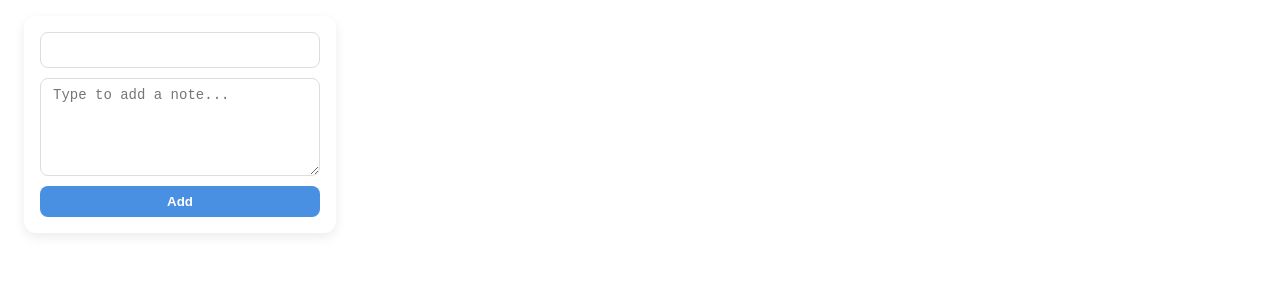
Repository: AJANI2005/Notes-App
Page: /
These files come from the project's save history. The page is drawn as it stood at one moment and after the next save; the edit follows.
The browser window is 1280 px wide. The pictures show the whole page.
The project was rebuilt for these pictures with package versions that can differ from the ones it lists, and the page was loaded fresh each time. Also part of the build but not shown: vite.config.ts.

Above is the page before, as saved 2025-07-31 15:29:56.

### src/index.css
:root {
  font-family: system-ui, Avenir, Helvetica, Arial, sans-serif;
  font-synthesis: none;
  text-rendering: optimizeLegibility;
  -webkit-font-smoothing: antialiased;
  -moz-osx-font-smoothing: grayscale;
}

### src/App.tsx
import './App.css'


const Note = () => {
  return (
    <form className='note'>
        <input type="text" className='note-name-input' />
        <textarea className='note-input' placeholder='Type to add a note...'></textarea>
        <button className='addBtn'>Add</button>
    </form>
  )
}

function App() {

  return (
    <>
      <Note />
    </>
  )
}

export default App

### src/App.css
/* Container Form */
.note {
  display: flex;
  flex-direction: column;
  gap: 10px;
  padding: 16px;
  width: 280px;
  background-color: #ffffff;
  border-radius: 12px;
  box-shadow: 0 4px 12px rgba(0, 0, 0, 0.08);
  transition: box-shadow 0.2s ease;
  margin: 16px;
}

.note:hover {
  box-shadow: 0 6px 16px rgba(0, 0, 0, 0.12);
}

/* Text input for note name */
.note-name-input {
  padding: 8px 12px;
  font-size: 16px;
  font-weight: 500;
  border: 1px solid #ddd;
  border-radius: 8px;
  outline: none;
  transition: border-color 0.2s;
}

.note-name-input:focus {
  border-color: #4a90e2;
}

/* Textarea for note content */
.note-input {
  min-height: 80px;
  resize: vertical;
  padding: 8px 12px;
  font-size: 14px;
  border: 1px solid #ddd;
  border-radius: 8px;
  outline: none;
  transition: border-color 0.2s;
}

.note-input:focus {
  border-color: #4a90e2;
}

/* Add Button */
.addBtn {
  background-color: #4a90e2;
  color: white;
  border: none;
  padding: 8px 12px;
  border-radius: 8px;
  font-weight: 600;
  cursor: pointer;
  transition: background-color 0.2s ease;
}

.addBtn:hover {
  background-color: #357abd;
}

Loaded but not shown: index.html (common file); src/main.tsx (common file)

After the next save:
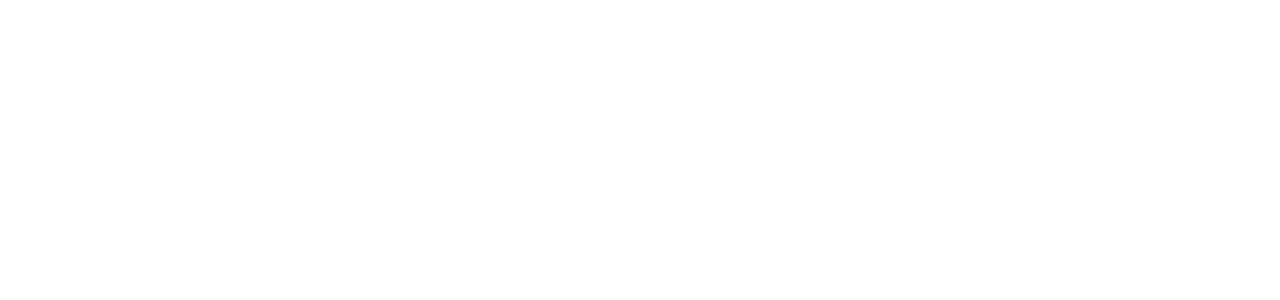
Console error: ReferenceError: useState is not defined
Saved 59 s later.
--- a/src/App.tsx
+++ b/src/App.tsx
@@ -2,6 +2,9 @@
 
 
 const Note = () => {
+  const [text, setText] = useState('');
+  const [title, setTitle] = useState('');
+
   return (
     <form className='note'>
         <input type="text" className='note-name-input' />

After the save that followed:
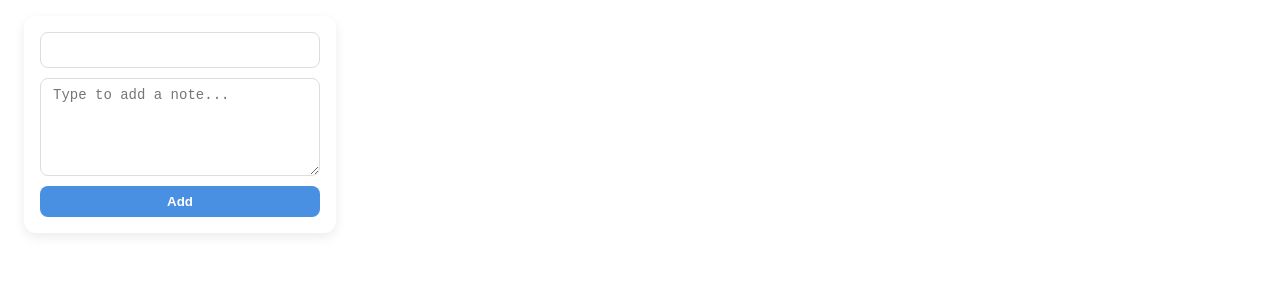
The error is gone.
Saved 9 s later.
--- a/src/App.tsx
+++ b/src/App.tsx
@@ -1,3 +1,4 @@
+import { useState } from 'react';
 import './App.css'
 
 
